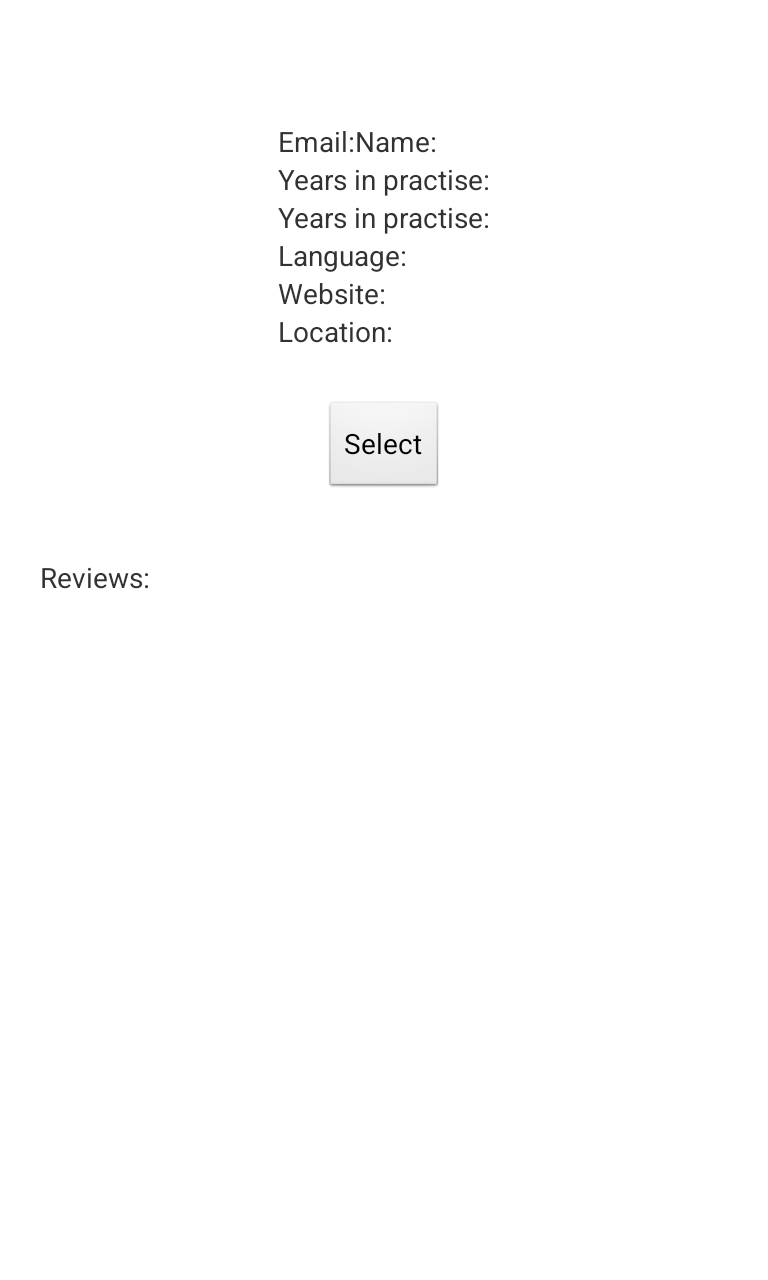
Repository: ladsumit/hackathon
Layout: VisaValetRelaunch/res/layout/lawyer_profile.xml
The author's editor kept a copy of each file at every save. The layout is drawn from the files as they stood at one save, then again after the next save.
It is drawn on a 768 x 1280 px phone screen (xhdpi) without system bars, with theme AppTheme; the app's code is not run. Lists and similar views that code fills are empty.

Above is the layout before, as saved 2015-05-31 21:43:31.

### VisaValetRelaunch/res/layout/lawyer_profile.xml
<?xml version="1.0" encoding="utf-8"?>
<RelativeLayout xmlns:android="http://schemas.android.com/apk/res/android"
    android:layout_width="match_parent"
    android:layout_height="match_parent" >

    <QuickContactBadge
        android:id="@+id/quickContactBadge1"
        android:layout_width="wrap_content"
        android:layout_height="wrap_content"
        android:layout_alignParentLeft="true"
        android:layout_alignParentTop="true"
        android:layout_marginLeft="56dp"
        android:layout_marginTop="61dp" />

    <LinearLayout
        android:id="@+id/linearLayout1"
        android:layout_width="wrap_content"
        android:layout_height="wrap_content"
        android:layout_alignTop="@+id/quickContactBadge1"
        android:layout_centerHorizontal="true"
        android:orientation="vertical" >

        <LinearLayout
            android:layout_width="match_parent"
            android:layout_height="wrap_content" >

            <TextView
                android:id="@+id/TextView02"
                android:layout_width="wrap_content"
                android:layout_height="wrap_content"
                android:text="Email:" />

            <LinearLayout
                android:layout_width="wrap_content"
                android:layout_height="match_parent"
                android:orientation="horizontal" >

                <TextView
                    android:id="@+id/textView1"
                    android:layout_width="wrap_content"
                    android:layout_height="wrap_content"
                    android:text="Name:" />
            </LinearLayout>

        </LinearLayout>

        <LinearLayout
            android:layout_width="match_parent"
            android:layout_height="wrap_content" >

            <TextView
                android:id="@+id/TextView05"
                android:layout_width="wrap_content"
                android:layout_height="wrap_content"
                android:text="Years in practise:" />

        </LinearLayout>

        <LinearLayout
            android:layout_width="match_parent"
            android:layout_height="wrap_content" >

            <TextView
                android:id="@+id/TextView04"
                android:layout_width="wrap_content"
                android:layout_height="wrap_content"
                android:text="Years in practise:" />

        </LinearLayout>

        <LinearLayout
            android:layout_width="match_parent"
            android:layout_height="wrap_content" >

            <TextView
                android:id="@+id/TextView08"
                android:layout_width="wrap_content"
                android:layout_height="wrap_content"
                android:text="Language:" />

        </LinearLayout>

        <LinearLayout
            android:layout_width="match_parent"
            android:layout_height="wrap_content" >

            <TextView
                android:id="@+id/TextView03"
                android:layout_width="wrap_content"
                android:layout_height="wrap_content"
                android:text="Website:" />

        </LinearLayout>

        <LinearLayout
            android:layout_width="match_parent"
            android:layout_height="wrap_content" >

            <TextView
                android:id="@+id/TextView01"
                android:layout_width="wrap_content"
                android:layout_height="wrap_content"
                android:text="Location:" />

        </LinearLayout>

    </LinearLayout>

    <ListView
        android:id="@+id/listView1"
        android:layout_width="match_parent"
        android:layout_height="wrap_content"
        android:layout_alignParentLeft="true"
        android:layout_below="@+id/linearLayout1"
        android:layout_marginTop="121dp" >

    </ListView>

    <TextView
        android:id="@+id/textView10"
        android:layout_width="wrap_content"
        android:layout_height="wrap_content"
        android:layout_alignParentLeft="true"
        android:layout_below="@+id/linearLayout1"
        android:layout_marginLeft="20dp"
        android:layout_marginTop="104dp"
        android:text="Reviews:" />

    <Button
        android:id="@+id/button1"
        android:layout_width="wrap_content"
        android:layout_height="wrap_content"
        android:layout_below="@+id/linearLayout1"
        android:layout_centerHorizontal="true"
        android:layout_marginTop="25dp"
        android:onClick="lawyerselect"
        android:text="Select" />

</RelativeLayout>

Loaded but not shown: VisaValetRelaunch/res/values/styles.xml (common file)

After the next save:
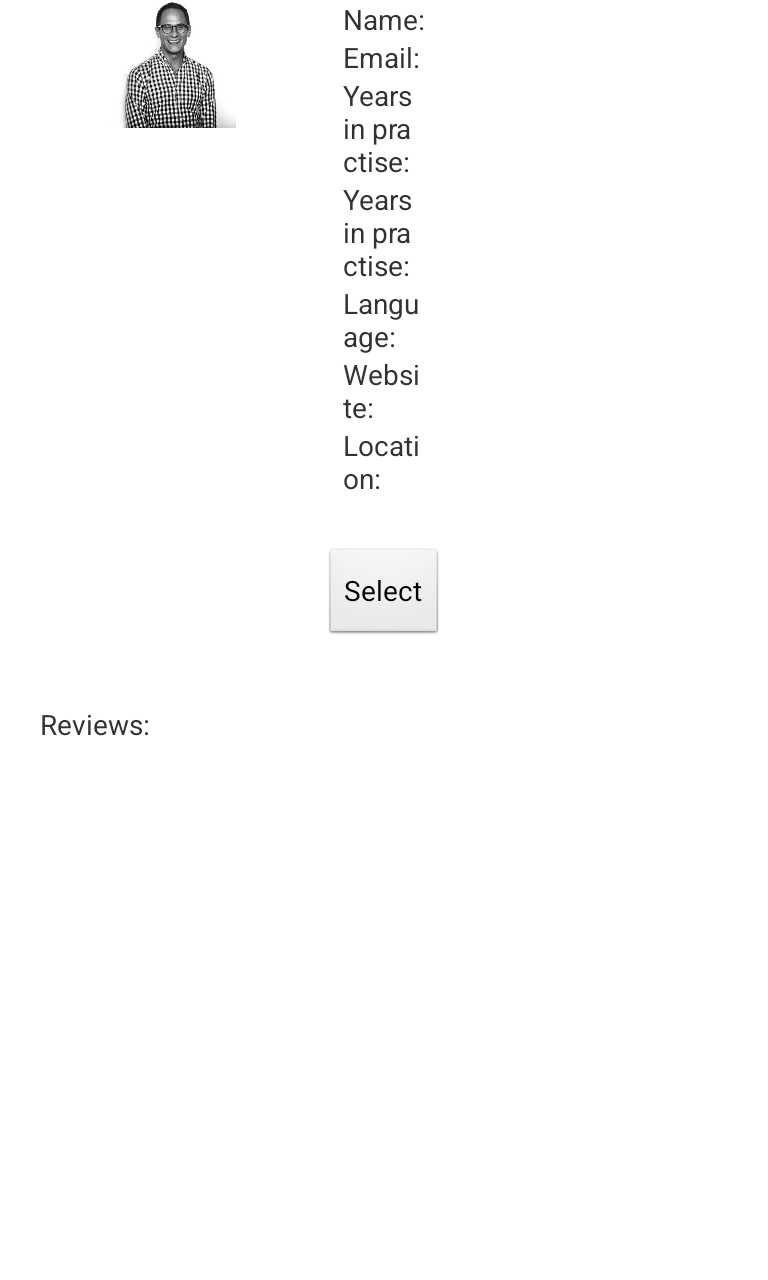
Saved 7 min 34 s later.
--- a/VisaValetRelaunch/res/layout/lawyer_profile.xml
+++ b/VisaValetRelaunch/res/layout/lawyer_profile.xml
@@ -2,15 +2,6 @@
 <RelativeLayout xmlns:android="http://schemas.android.com/apk/res/android"
     android:layout_width="match_parent"
     android:layout_height="match_parent" >
-
-    <QuickContactBadge
-        android:id="@+id/quickContactBadge1"
-        android:layout_width="wrap_content"
-        android:layout_height="wrap_content"
-        android:layout_alignParentLeft="true"
-        android:layout_alignParentTop="true"
-        android:layout_marginLeft="56dp"
-        android:layout_marginTop="61dp" />
 
     <LinearLayout
         android:id="@+id/linearLayout1"
@@ -21,6 +12,18 @@
         android:orientation="vertical" >
 
         <LinearLayout
+            android:layout_width="wrap_content"
+            android:layout_height="match_parent"
+            android:orientation="horizontal" >
+
+            <TextView
+                android:id="@+id/textView1"
+                android:layout_width="wrap_content"
+                android:layout_height="wrap_content"
+                android:text="Name:" />
+        </LinearLayout>
+
+        <LinearLayout
             android:layout_width="match_parent"
             android:layout_height="wrap_content" >
 
@@ -29,18 +32,6 @@
                 android:layout_width="wrap_content"
                 android:layout_height="wrap_content"
                 android:text="Email:" />
-
-            <LinearLayout
-                android:layout_width="wrap_content"
-                android:layout_height="match_parent"
-                android:orientation="horizontal" >
-
-                <TextView
-                    android:id="@+id/textView1"
-                    android:layout_width="wrap_content"
-                    android:layout_height="wrap_content"
-                    android:text="Name:" />
-            </LinearLayout>
 
         </LinearLayout>
 
@@ -136,4 +127,13 @@
         android:onClick="lawyerselect"
         android:text="Select" />
 
+    <ImageView
+        android:id="@+id/quickContactBadge1"
+        android:layout_width="40dp"
+        android:layout_height="64dp"
+        android:layout_alignParentLeft="true"
+        android:layout_alignParentTop="true"
+        android:layout_toLeftOf="@+id/linearLayout1"
+        android:src="@drawable/lawyer" />
+
 </RelativeLayout>
